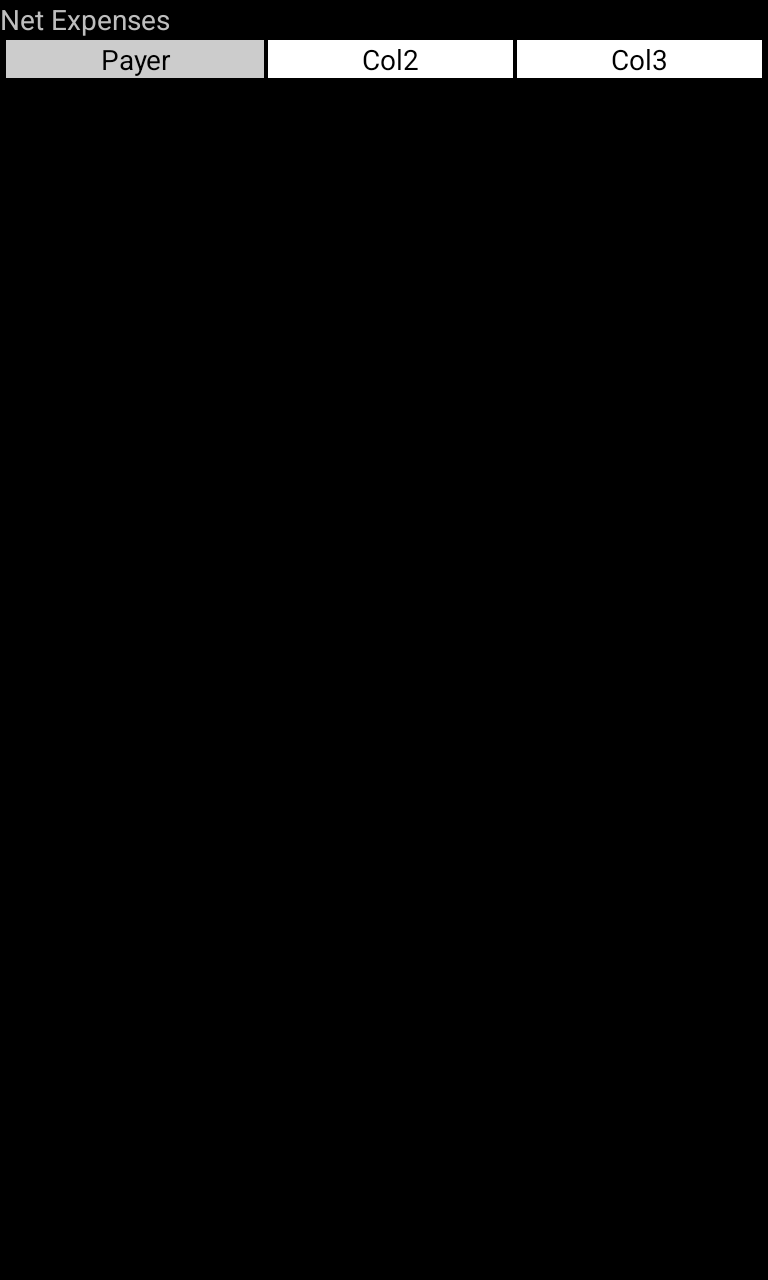
Repository: iyeranan/Expenses
Layout: Expenses/res/layout/netexpenses.xml
The author's editor kept a copy of each file at every save. The layout is drawn from the files as they stood at one save, then again after the next save.
It is drawn on a 768 x 1280 px phone screen (xhdpi) without system bars, with theme android:Theme; the app's code is not run.

Above is the layout before, as saved 2012-01-16 17:49:26.

### Expenses/res/layout/netexpenses.xml
<?xml version="1.0" encoding="utf-8"?>
<ScrollView xmlns:android="http://schemas.android.com/apk/res/android" android:layout_height="fill_parent" android:layout_width="fill_parent" android:id="@+id/widget54">
<LinearLayout xmlns:android="http://schemas.android.com/apk/res/android"
    android:orientation="vertical"
    android:layout_height="fill_parent" android:layout_width="fill_parent">
<TextView
    android:layout_width="fill_parent"
    android:layout_height="wrap_content" android:text="@string/netExpenses"/>
<TableLayout
  android:id="@+id/tblNetExpenses"
  android:layout_width="fill_parent"
  android:layout_marginRight="2dp"
  android:layout_marginLeft="2dp"
  android:layout_height="wrap_content"
  android:background="@android:color/black">
  <TableRow>
   <TextView
    android:textColor="@android:color/black"
    android:layout_margin="1dp"
    android:gravity="center_horizontal"
    android:layout_weight="1"
    android:background="#ffcccccc"
    android:text="Payer" />
   <TextView
    android:textColor="@android:color/black"
    android:gravity="center_horizontal"
    android:layout_weight="1"
    android:layout_margin="1dp"
    android:background="@android:color/white"
    android:text="Col2" />
   <TextView
    android:textColor="@android:color/black"
    android:gravity="center_horizontal"
    android:layout_weight="1"
    android:layout_margin="1dp"
    android:background="@android:color/white"
    android:text="Col3" />
  </TableRow>
 </TableLayout></LinearLayout>
</ScrollView>

### Expenses/res/values/strings.xml
<?xml version="1.0" encoding="utf-8"?>
<resources>
    <string name="addPeople">Add People</string>
    <string name="app_name">Expenses</string>
    <string name="addExpenses">Add Expenses</string>
    <string name="ExpensesShare">ExpensesShare</string>
    <string name="netExpenses">Net Expenses</string>
</resources>

After the next save:
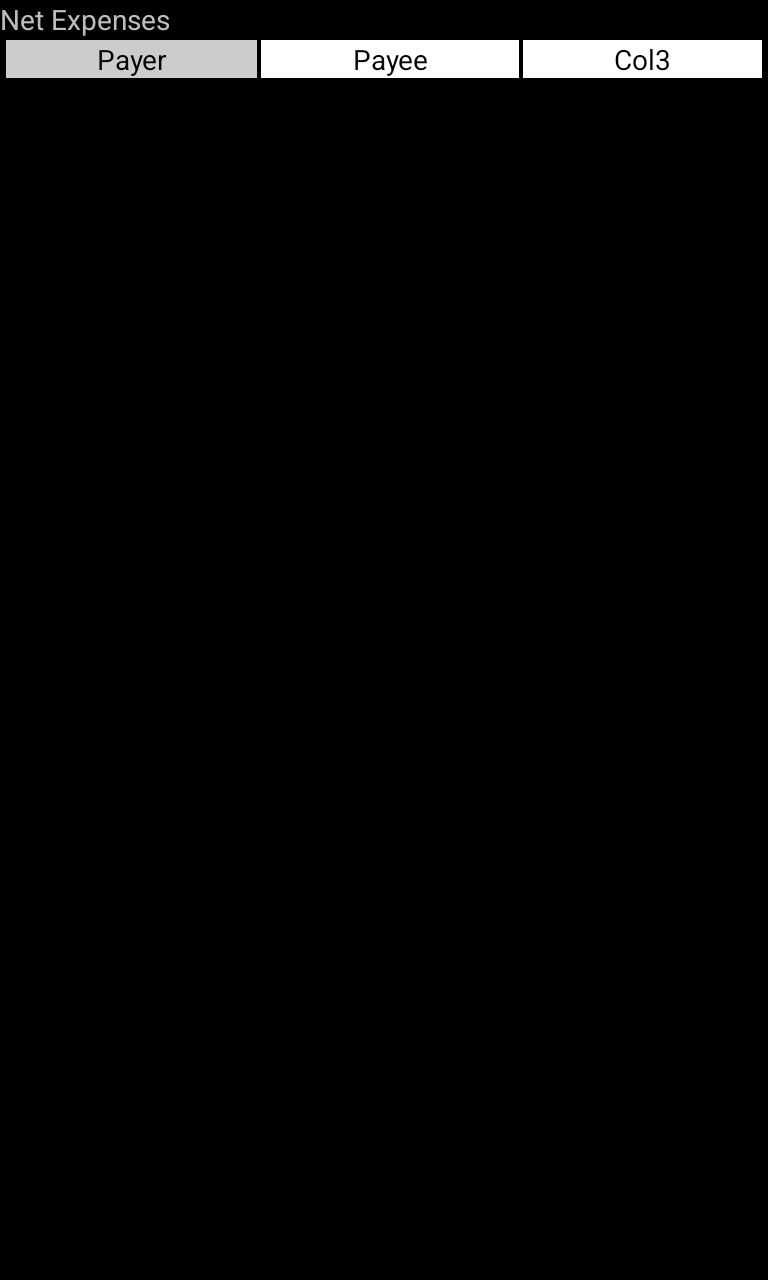
Saved 2 min 44 s later.
--- a/Expenses/res/layout/netexpenses.xml
+++ b/Expenses/res/layout/netexpenses.xml
@@ -27,7 +27,7 @@
     android:layout_weight="1"
     android:layout_margin="1dp"
     android:background="@android:color/white"
-    android:text="Col2" />
+    android:text="Payee" />
    <TextView
     android:textColor="@android:color/black"
     android:gravity="center_horizontal"
